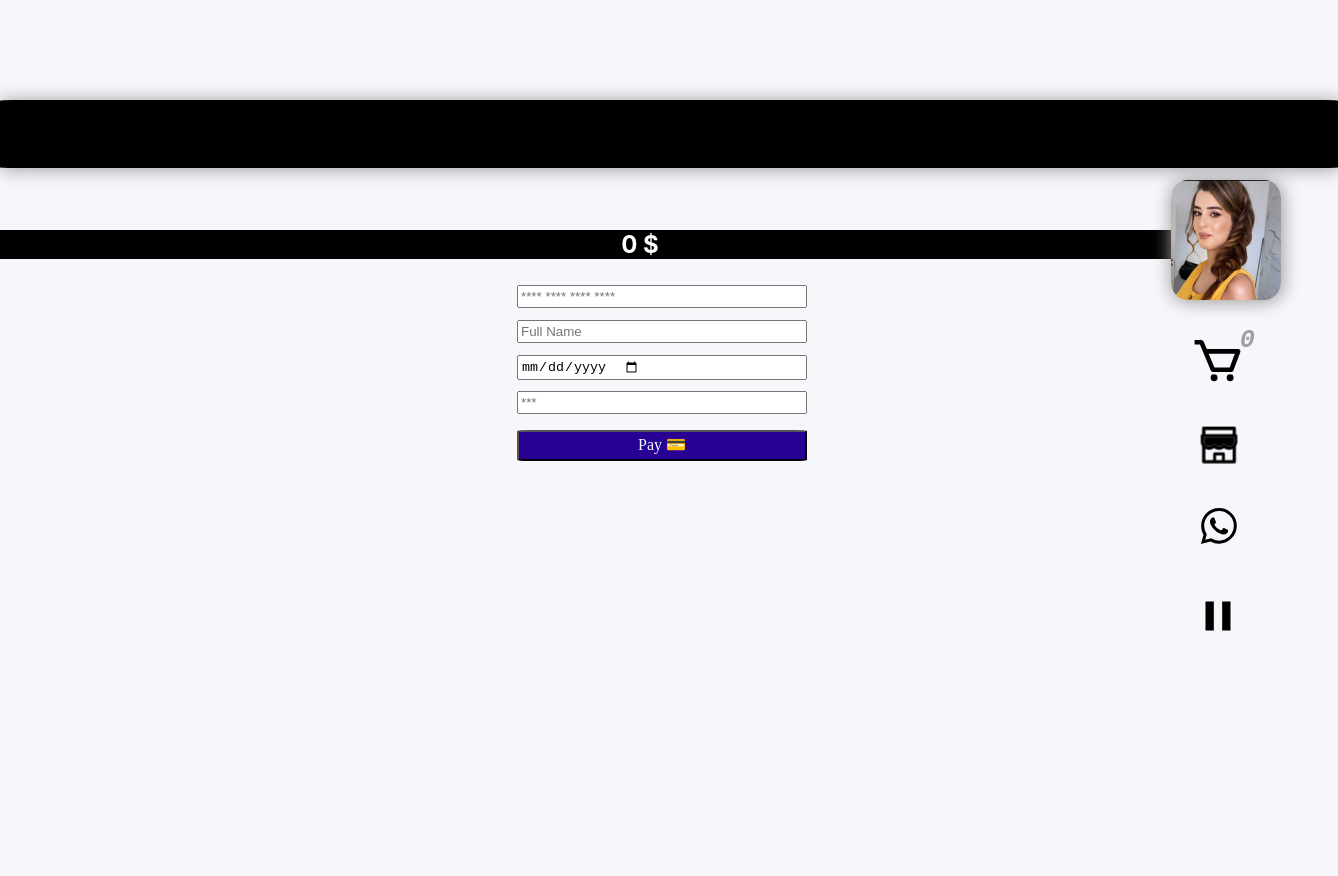
Repository: rehamAbass/BeautyCareShop
Page: /, after clicking the first element matching `svg.cartIcon`
An editor plug-in stored every save of this project. The page is shown before and after the next save, followed by the edit.
The browser window is 1280 px wide. The page is 1338 px wide, so the pictures cover 1338 px, including what lies to the right of the window. The pictures show the whole page.
The page's requests for data from a server got no answer. Some web fonts or font styles are not loaded; a fallback is used. The project was rebuilt for these pictures with package versions that can differ from the ones it lists, and the page was loaded fresh each time. No one was signed in, and anything a server would have sent is missing. Also part of the build but not shown: src/components/allProducts/card-list.css, src/components/allProducts/prod/card.css, src/components/allProducts/prod/card.component.jsx, src/components/search-box/search-box.css, src/components/myCart/cartProduct/cartProduct.css, src/components/myCart/cartProduct/cartProduct.jsx. Imported but missing from the stored project, and not drawn on this page: src/components/header/music/ed.mp3.

Above is the page before, as saved 2022-06-08 17:40:37.

After the next save:
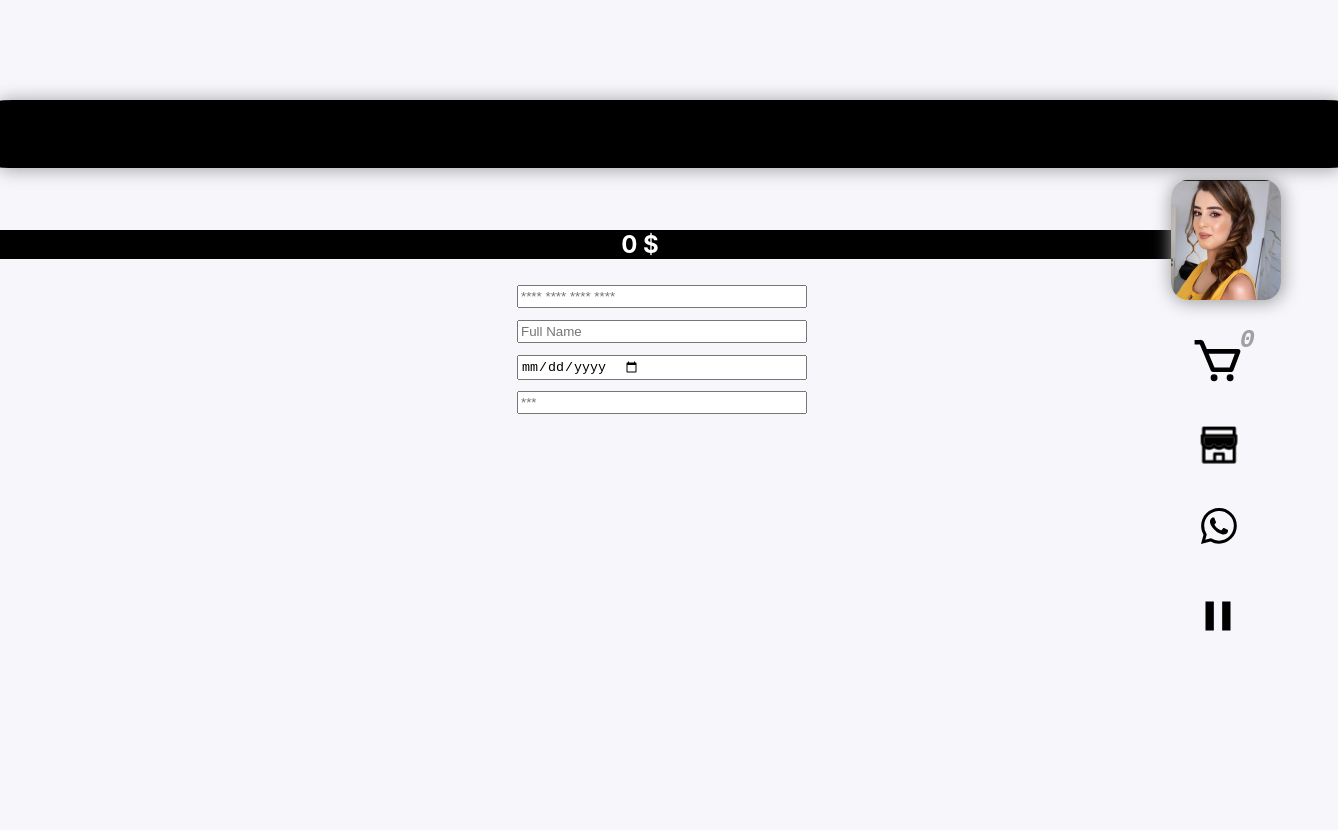
Saved 36 s later.
--- a/src/components/myCart/Payment/Pay.jsx
+++ b/src/components/myCart/Payment/Pay.jsx
@@ -24,13 +24,13 @@ return (
     <input type="password" className='inputt'
     name="cvc" placeholder='***'/>
 
-            <button className='payy'
+           {(sum >0 )&& <button className='payy'
                 onClick={() => {
                     handlePaid(true);
                      handleSumCount(true);
                       }}>
                  Pay 💳
-                 </button>
+                 </button>}
 </form>
     </div>
 )
